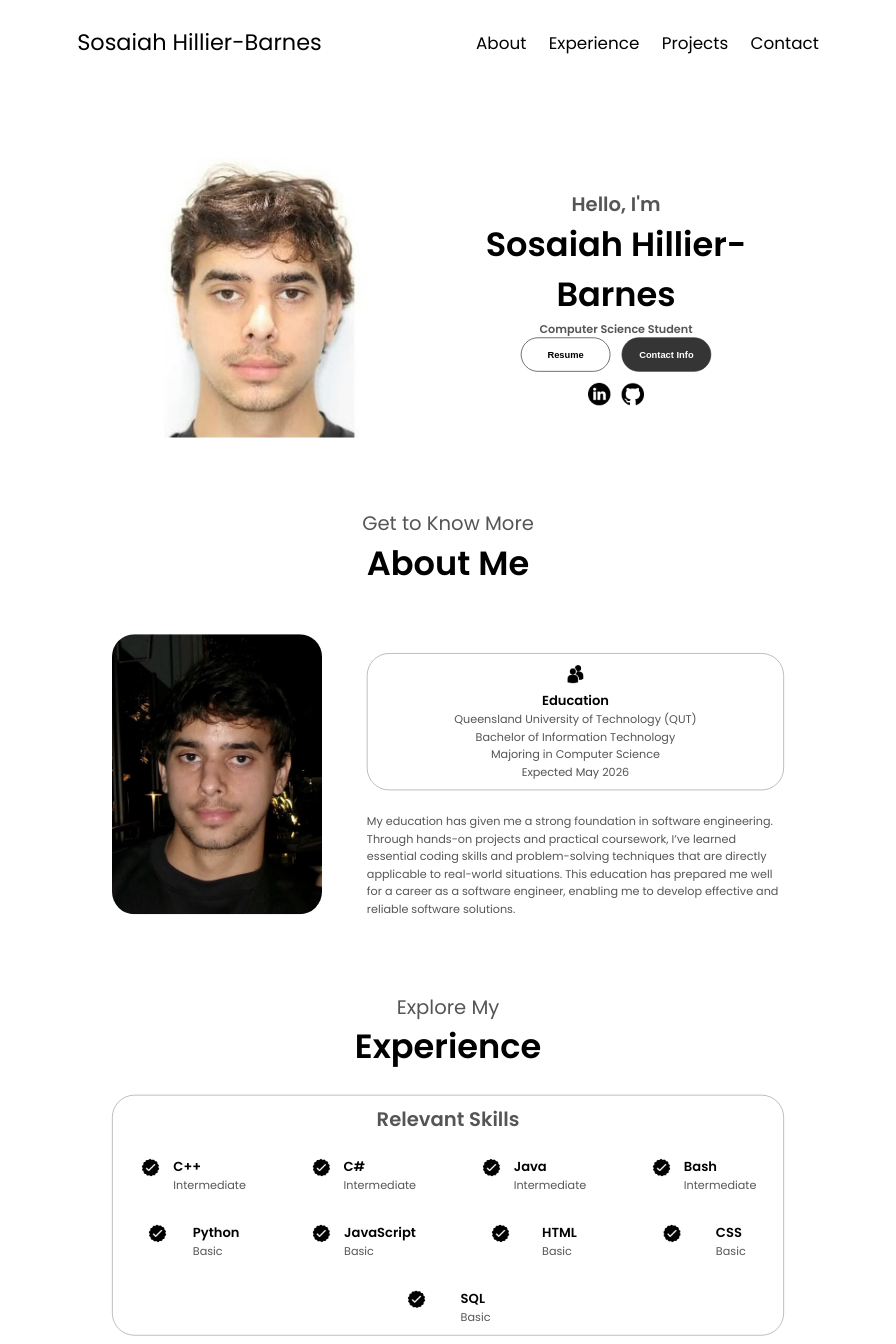
Repository: Hillier-Barnes/PortfolioWebsite
Page: index.html
The author's editor kept a copy of each file at every save. The page is drawn from the files as they stood at one save, then again after a run of saves.
The browser window is 1280 px wide. The pictures show the part of the page from y = 0 to 1920 px (the page is 3463 px tall), at 70% of full size.

Above is the page before, as saved 2025-03-29 00:26:33.

### index.html
<!DOCTYPE html>
<html lang="en">
<head>
    <meta charset="UTF-8">
    <meta name="viewport" content="width=device-width, initial-scale=1.0">
    <title>My Portfolio</title>
    <link rel="stylesheet" href="style.css" />
    <link rel="stylesheet" href="mediaqueries.css" />
</head>
<body>
    <nav id="desktop-nav">
        <div class="logo">Sosaiah Hillier-Barnes</div>
        <div>
            <ul class="nav-links">
                <li><a href="#about">About</a></li>
                <li><a href="#experience">Experience</a></li>
                <li><a href="#projects">Projects</a></li>
                <li><a href="#contact">Contact</a></li>
            </ul>
        </div>
    </nav>
    <nav id="hamburger-nav">
        <div class="logo">Sosaiah HB </div>
        <div class="hamburger-menu">
            <div class="hamburger-icon" onclick="toggleMenu()">
                <span></span>
                <span></span>
                <span></span>
            </div>
            <div class="menu-links">
                <li><a href="#about" onclick="toggleMenu()">About</a></li>
                <li><a href="#experience" onclick="toggleMenu()">Experience</a></li>
                <li><a href="#projects" onclick="toggleMenu()">Projects</a></li>
                <li><a href="#contact" onclick="toggleMenu()">Contact</a></li>
            </div>
        </div>
    </nav>
    <section id="profile">
        <div class="section__pic-container">
            <img src="./assets/profile-pic.png" alt="Sosaiah Hillier-Barnes profile-pic">
        </div>
        <div class="section__text">
            <p class="section__text__p1">Hello, I'm</p>
            <h1 class="title">Sosaiah Hillier-Barnes</h1>
            <p class="section__text__p2">Computer Science Student</p>
            <div class="btn-container">
                <button
                class="btn btn-color-2"
                onclick="window.open('./assets/resume-compsci.pdf')"
                >
                Resume
                <button
                class="btn btn-color-1"
                onclick="location.href='./#contact'">
                Contact Info
            </button>
            </div>
            <div id="socials-container">
                <img
                src="./assets/linkedin.png"
                alt="My LinkedIn Profile"
                class="icon"
                onclick="location.href='https://www.linkedin.com/in/sosaiah-hillier-barnes-0b9333321/'"
                />
                <img
                src="./assets/github.png"
                alt="My GitHub Profile"
                class="icon"
                onclick="location.href='https://github.com/Hillier-Barnes'"
                />
            </div>
        </div>
    </section>
    <section id="about">
        <p class="section__text__p1">Get to Know More</p>
        <h1 class="title">About Me</h1>
        <div class="section-container">
            <div class="section__pic-container">
                <img
                src="./assets/about-pic.png"
                alt="Profile picture"
                class="about-pic"
                />
            </div>
            <div class="about-details-container">
                <div class="about-containers">
                    <div class="details-container">
                        <img
                        src="./assets/education.png"
                        alt="Experience icon"
                        class="icon"
                        />
                        <h3>Education</h3>
                        <p>Queensland University of Technology (QUT)
                            <br /> Bachelor of Information Technology
                            <br /> Majoring in Computer Science
                            <br /> Expected May 2026
                        </p>
                    </div>
                </div>
                <div class="text-container">
                    <p>
                        My education has given me a strong foundation in
                        software engineering. Through hands-on projects and
                        practical coursework, I’ve learned essential coding
                        skills and problem-solving techniques that are
                        directly applicable to real-world situations. This
                        education has prepared me well for a career as a
                        software engineer, enabling me to develop effective
                        and reliable software solutions.
                    </p>
                </div>
            </div>
        </div>
    </section>
    <section id="experience">
        <p class="section__text__p1">Explore My</p>
        <h1 class="title">Experience</h1>
        <div class="experience-details-container">
            <div class="about-containers">
                <div class="details-container">
                    <h2 class="experience-sub-title">Relevant Skills</h2>
                        <div class="article-container">
                        <article>
                            <img
                            src="./assets/checkmark.png"
                            alt="Experience icon"
                            class="icon"
                            />
                            <div>
                                <h3>C++</h3>
                                <p>Intermediate</p>
                            </div>
                        </article>
                        <article>
                            <img
                            src="./assets/checkmark.png"
                            alt="Experience icon"
                            class="icon"
                            />
                            <div>
                                <h3>C#</h3>
                                <p>Intermediate</p>
                            </div>
                        </article>
                        <article>
                            <img
                            src="./assets/checkmark.png"
                            alt="Experience icon"
                            class="icon"
                            />
                            <div>
                                <h3>Java</h3>
                                <p>Intermediate</p>
                            </div>
                        </article>
                        <article>
                            <img
                            src="./assets/checkmark.png"
                            alt="Experience icon"
                            class="icon"
                            />
                            <div>
                                <h3>Bash</h3>
                                <p>Intermediate</p>
                            </div>
                        </article>
                        </article>
                        <article>
                            <img
                            src="./assets/checkmark.png"
                            alt="Experience icon"
                            class="icon"
                            />
                            <div>
                                <h3>Python</h3>
                                <p>Basic</p>
                            </div>
                        </article>
                        <article>
                            <img
                            src="./assets/checkmark.png"
                            alt="Experience icon"
                            class="icon"
                            />
                            <div>
                                <h3>JavaScript</h3>
                                <p>Basic</p>
                            </div>
                        </article>
                        <article>
                            <img
                            src="./assets/checkmark.png"
                            alt="Experience icon"
                            class="icon"
                            />
                            <div>
                                <h3>HTML</h3>
                                <p>Basic</p>
                            </div>
                        </article>
                        <article>
                            <img
                            src="./assets/checkmark.png"
                            alt="Experience icon"
                            class="icon"
                            />
                            <div>
                                <h3>CSS</h3>
                                <p>Basic</p>
                            </div>
                        </article>
                        <article>
                            <img
                            src="./assets/checkmark.png"
                            alt="Experience icon"
                            class="icon"
                            />
                            <div>
                                <h3>SQL</h3>
                                <p>Basic</p>
                            </div>
                        </article>
                        </div>
                    </div>
                </div>
            </div>
        </div>
    </section>
    <section id="projects">
        <p class="section__text__p1">Browse My Recent</p>
        <h1 class="title">Projects</h1>
        <div class="experience-details-container">
            <div class="about-containers">
                <div class="details-container color-container">
                    <div class="article-container">
                        <img
                        src="./assets/project-1.png"
                        alt="Raycaster"
                        class="project-img"
                        />
                    </div>
                    <h2 class="experience-sub-title project-title">Raycaster</h2>
                    <div class="btn-container">
                        <button
                        class="btn btn-color-2 project-btn"
                        onclick="location.href='https://github.com/'"
                        >
                            Github
                        </button>
                        <button
                        class="btn btn-color-2 project-btn"
                        onclick="location.href='https://github.com/'"
                        >
                            Live Demo
                        </button>
                    </div>
                </div>
                <div class="details-container color-container">
                    <div class="article-container">
                        <img
                        src="./assets/project-2.png"
                        alt="AWS Project - YourTube"
                        class="project-img"
                        />
                    </div>
                    <h2 class="experience-sub-title project-title">AWS Project</h2>
                    <div class="btn-container">
                        <button
                        class="btn btn-color-2 project-btn"
                        onclick="location.href='https://github.com/'"
                        >
                            Github
                        </button>
                        <button
                        class="btn btn-color-2 project-btn"
                        onclick="location.href='https://github.com/'"
                        >
                            Live Demo
                        </button>
                    </div>
                </div>
                <div class="details-container color-container">
                    <div class="article-container">
                        <img
                        src="./assets/project-3.png"
                        alt="Capstone Project"
                        class="project-img"
                        />
                    </div>
                    <h2 class="experience-sub-title project-title">Personal Project</h2>
                    <div class="btn-container">
                        <button
                        class="btn btn-color-2 project-btn"
                        onclick="location.href='https://github.com/'"
                        >
                            Github
                        </button>
                        <button
                        class="btn btn-color-2 project-btn"
                        onclick="location.href='https://github.com/'"
                        >
                            Live Demo
                        </button>
                    </div>
                </div>
            </div>
        </div>
    </section>
    <section id="contact">
        <p class="section__text__p1">Get in Touch</p>
        <h1 class="title">Contact Me</h1>
        <div class="contact-info-upper-container">
            <div class="contact-info-container">
                <img
                src="./assets/email.png"
                alt="Email icom"
                class="icon contact-icon email-icon"
                />
                <p><a href="mailto:sosaiah@outlook.com">sosaiah@outlook.com</a></p>
            </div>
            <div class="contact-info-container">
                <img
                src="./assets/linkedin.png"
                alt="Email icom"
                class="icon contact-icon"
                />
                <p><a href="https://linkedin.com">LinkedIn</a></p>
            </div>
        </div>
    </section>
    <footer>
        <nav>
            <div class="nav-links-contaienr">
                <ul class="nav-links">
                    <li><a href="#about">About</a></li>
                    <li><a href="#experience">Experience</a></li>
                    <li><a href="#projects">Projects</a></li>
                    <li><a href="#contact">Contact</a></li>
                </ul>
            </div>
        </nav>
        <p>Copyright &#169; 2024 Sosaiah Hillier-Barnes. All Rights Reserved.</p>
    </footer>
    <script src="script.js"></script>
</body>
</html>

### style.css
/* GENERAL STYLING */

@import url('https://fonts.googleapis.com/css2?family=Poppins:wght@300;400;500;600&display=swap');


* {
    margin: 0;
    padding: 0;
}

body {
    font-family: "Poppins", sans-serif;
}

html {
    scroll-behavior: smooth;
    scroll-snap-type: y mandatory;
}

p {
    color: rgb(85, 85, 85);
}

/* TRANSITION */
a, .btn {
    transition: all 300ms ease;
}

/* DESKTOP NAV */

nav,
.nav-links {
    display: flex;
}

nav {
    justify-content: space-around;
    align-items: center;
    height: 17vh;
}

.nav-links {
    gap: 2rem;
    list-style: none;
    font-size: 1.5rem;
}

a {
    color: black;
    text-decoration: none;
    text-decoration-color: white;
}

a:hover {
    color: grey;
    text-decoration: underline;
    text-decoration-color: rgb(181, 181, 181);
}

.logo {
    font-size: 2rem;
}
.logo:hover {
    cursor: default;
}

/* HAMBURGER MENU */

#hamburger-nav {
    display: none;
}

.hamburger-menu {
    position: relative;
    display: inline-block;
}

.hamburger-icon {
    display: flex;
    flex-direction: column;
    justify-content: space-between;
    height: 24px;
    width: 30px;
    cursor: pointer;
}

.hamburger-icon span {
    width: 100%;
    height: 2px;
    background-color: black;
    transition: all 0.3 ease-in-out;
}

.menu-links {
    position: absolute;
    top: 100%;
    right: 0;
    background-color: white;
    width: fit-content;
    max-height: 0;
    overflow: hidden;
    transition: all 0.3 ease-in-out;
}

.menu-links a {
    display: block;
    padding: 10px;
    text-align: center;
    font-size: 1.5rem;
    color: black;
    text-decoration: none;
    transition: all 0.3 ease-in-out;
}

.menu-links li {
    list-style: none;
}

.menu-links.open {
    max-height: 300px;
}

.hamburger-icon.open span:first-child {
    transform: rotate(45deg) translate(10px, 5px);
}

.hamburger-icon.open span:nth-child(2) {
    opacity: 0;
}

.hamburger-icon.open span:last-child {
    transform: rotate(-45deg) translate(10px, -5px);
}

.hamburger-icon span:first-child {
    transform: none;
}

.hamburger-icon span:first-child {
    opacity: 1;
}

.hamburger-icon span:first-child {
    transform: none;
}

/* SECTIONS */

section {
    padding-top: 4vh;
    height: 96vh;
    margin: 0 10rem;
    box-sizing: border-box;
    min-height: fit-content;
    scroll-snap-align: start;
}

.section-container {
    display: flex;
}

/* PROFILE SECTION */

#profile {
    display: flex;
    justify-content: center;
    gap: 5rem;
    height: 80vh;
    scroll-margin-top: 17vh;
}

.section__pic-container {
    display: flex;
    height: 500px;
    width: 500px;
    margin: auto 0;
}


.section__text {
    align-self: center;
    text-align: center;
}

.section__text p {
    font-weight: 600;
}

.section__text__p1 {
    text-align: center;
}

.section__text__p1 {
    font-size: 1.75rem;
    margin-bottom: center;
}

.title {
    font-size: 3rem;
    text-align: center;
}

#socials-container {
    display: flex;
    justify-content: center;
    margin-top: 1rem;
    gap: 1rem;
}

/* ICONS */

.icon {
    cursor: pointer;
    height: 2rem;
}

/* BUTTONS */

.btn-container {
    display: flex;
    justify-content: center;
    gap: 1rem;
}

.btn {
    font-weight: 600;
    transition: all 300ms ease;
    padding: 1rem;
    width: 8rem;
    border-radius: 2rem;
}

.btn-color-1, .btn-color-2 {
    border: rgb(53, 53, 53) 0.1rem solid;
}

.btn-color-1:hover, .btn-color-2:hover {
    cursor: pointer;
}

.btn-color-1, .btn-color-2:hover {
    background: rgb(53, 53, 53);
    color: white;
}

.btn-color-1:hover {
    background: rgb(0, 0, 0);
}

.btn-color-2 {
    background: none;
}

.btn-color-2:hover {
    border: rgb(255, 255, 255) 0.1rem solid;
}

.btn-container {
    gap: 1rem;
}

/* ABOUT SECTION */

#about {
    position: relative;
}

.about-containers {
    gap: 2rem;
    margin-top: 2rem;
    margin-bottom: 2rem;
}

.about-details-container {
    justify-content: center;
    flex-direction: column;
}

.about-containers, .about-details-container {
    display: flex;
}

.about-pic {
    border-radius: 2rem;
}

.details-container {
    padding: 0.8rem;
    flex: 1;
    background: white;
    border-radius: 2rem;
    border: rgb(53, 53, 53) 0.1rem solid;
    border-color: rgb(163, 163, 163);
    text-align: center;
}

.section-container {
    display: flex;
    gap: 4rem;
    height: 80%;
}

.section__pic-container {
    display: flex;
    height: 400px;
    width: 400px;
    margin: auto 0;
}

/* EXPERIENCE SECTION */

#experience {
    position: relative;
}

.experience-sub-title {
    color: rgb(85, 85, 85);
    font-weight: 600;
    font-size: 1.75rem;
    margin-bottom: 2rem;
}

.experience-details-container {
    display: flex;
    justify-content: center;
    flex-direction: column;
}

.article-container {
    display: flex;
    text-align: initial;
    flex-wrap: wrap;
    flex-direction: row;
    gap: 2.5rem;
    justify-content: space-around;
}

article {
    display: flex;
    width: 10rem;
    justify-content: space-around;
    gap: 0.5rem;
}

article .icon {
    cursor: default;
}

/* PROJECTS SECTION */

#projects {
    position: relative;
}

.color-container {
    border-color: rgb(163, 163, 163);
    background: rgb(250, 250, 250);
}

.project-img {
    border-radius: 2rem;
    width: 90%;
    height: 90%;
}

.project-title {
    margin: 1rem;
    color: black;
}

.project.btn {
    color: black;
    border-color: rgb(163, 163, 163);
}

/* CONTACT SECTION */

#contact {
    display: flex;
    justify-content: center;
    flex-direction: column;
    height: 70vh;
}

.contact-info-upper-container {
    display: flex;
    justify-content: center;
    border-radius: 2rem;
    border: rgb(53, 53, 53) 0.1rem solid;
    border-color: rgb(163, 163, 163);
    background: rgb(250, 250, 250);
    margin: auto;
    padding: 0.5rem;
}

.contact-info-container {
    display: flex;
    align-items: center;
    justify-content: center;
    gap: 0.54rem;
    margin: 1rem;
}

.contact-info-container p {
    font-size: larger;
}

.contact-icon {
    cursor: default;
}

.email-icon {
    height: 2.5rem;
}

/* FOOTER SECTION */

footer {
    height: 26vh;
    margin: 0 1rem;
}

footer p {
    text-align: center;
}

### mediaqueries.css
@media screen and (max-width: 1400) {
    #profile {
        height: 83vh;
        margin-bottom: 6rem;
    }
    .about-containers {
        flex-wrap: wrap;
    }
}

@media screen and (max-width: 1200px) {
    html {
        scroll-behavior: smooth;
        scroll-snap-type: none;
    }
    #desktop-nav {
        display: none;
    }
    #hamburger-nav {
        display: flex;
    }
    #experience, .experience-details-container {
        margin-top: 2rem;
    }
    #profile, .section-container {
        display: block;
    }
    section, .section-container {
        height: fit-content;
    }
    section {
        margin: 0 5%;
    }
    .section__pic-container {
        width: 275px;
        height: 275px;
        margin: 0 auto 2rem;
    }
    .about-containers {
        margin-top: 0;
    }
}

@media screen and (max-width: 600px) {
    #contact, footer {
        height: 40vh;
    }
    #profile {
        height: 83vh;
        margin-bottom: 0;
    }
    article {
        font-size: 1rem;
    }
    footer nav {
        height: fit-content;
        margin-bottom: 2rem;
    }
    .about-containers, .contact-info-upper-container,
    .btn-container {
        flex-wrap: wrap;
    }
    .contact-info-container p, .nav-links li a {
        font-size: 1rem;
    }
    .experience-sub-title {
        font-size: 1.25rem;
    }
    .logo {
        font-size: 1.5rem;
    }
    .nav-links {
        flex-direction: column;
        gap: 0.5rem;
        text-align: center;
    }
    .section__text__p2 {
        font-size: 1.25rem;
    }
    .title {
        font-size: 2rem;
    }
    .text-container {
        text-align: justify;
    }
}

Loaded but not shown: script.js (common file)

After the next 3 saves:
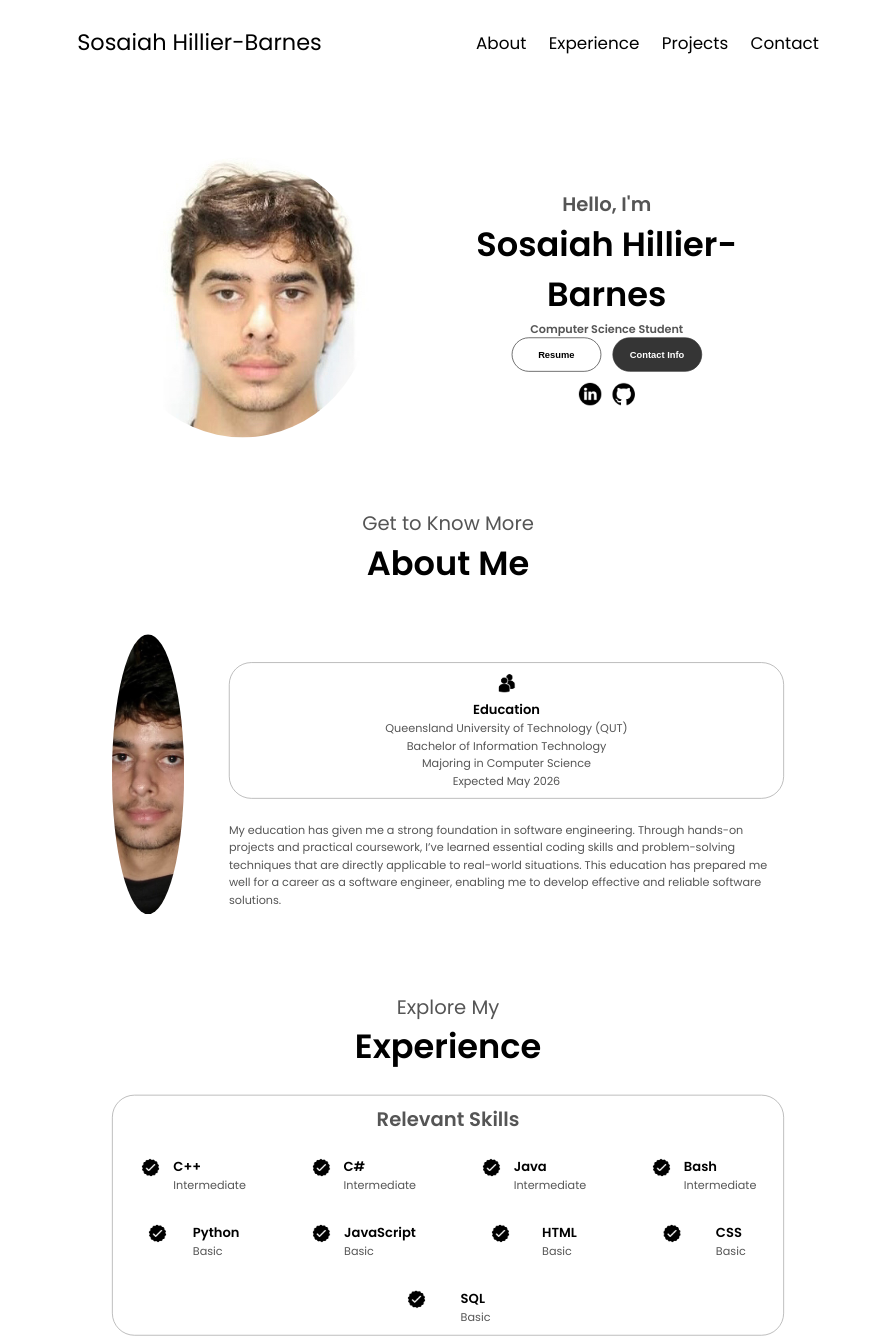
The 3 saves are shown as one change because they came seconds apart.
The last was saved 12 s later.
--- a/style.css
+++ b/style.css
@@ -174,6 +174,14 @@
     height: 500px;
     width: 500px;
     margin: auto 0;
+    border-radius: 50%;       /* Makes the container circular */
+    overflow: hidden;         /* Ensures the image stays clipped inside the circle */
+}
+
+.about-pic {
+    width: 100%;             /* Fills the container width */
+    height: 100%;            /* Fills the container height */
+    object-fit: cover;       /* Prevents image distortion (crops if needed) */
 }
 
 
